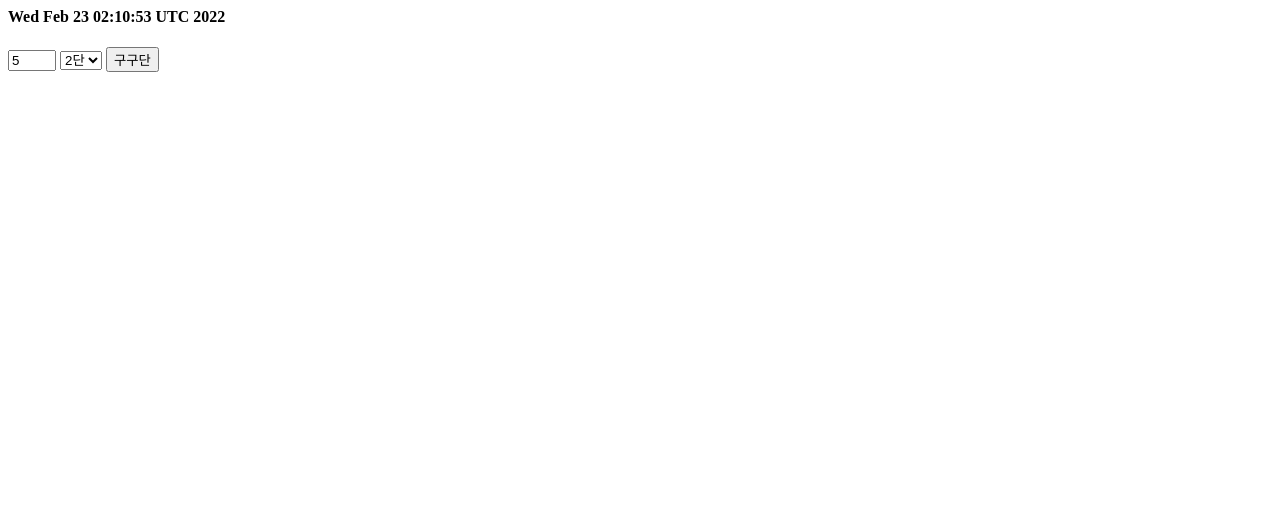
Repository: JavaJin96/kr.or.ddit.WebApp
Page: http://localhost/webStudy01/model2/gugudan.do
These files come from the project's save history. The page is drawn as it stood at one moment and after the next save; the edit follows.
The browser window is 1280 px wide. The pictures show the whole page.
Empty fields were first filled with sample values (such as "Sample", 5 or name@example.com).
After loading, the first visible `#gugudanForm` was submitted once.
The page is served by Tomcat 9. Other server files are loaded and not shown.

Above is the page before, as saved 2022-02-28 03:39:20.
Console error: ReferenceError: resp is not defined

### 6.JspSpring/workspace/webStudy01/webapp/WEB-INF/views/gugudan.jsp
<%@ page contentType="text/html; charset=utf-8"%>
<html>
<style type="text/css">
      table{
         background-color: yellow;
         border-collapse: collapse;
      }
      tr{
      	height : 50px;
      }
      td{
      	width : 100px;
      }
   </style>
<script type="text/javascript" src="<%=request.getContextPath()%>/resources/js/jquery-3.6.0.min.js"></script>
<body>
	<h4><%=request.getAttribute("now")%></h4>
	<form method="post" id="gugudanForm">
		<input type="number" name="minDan" min="2" max="9">
		<select name="maxDan">
		<%
			for(int i = 2; i <= 9; i++){
		%>
			<option value="<%=i%>"><%=i%>단</option>
		<% 	} %>
		</select>
		<input type="submit" value="구구단">
	</form>
	<table border="1" id="gugudanTable">
	<%-- 	<%=request.getAttribute("gugudan")%> --%>
	</table>
<script>
	let gugudanTable = $("#gugudanTable");
	$("#gugudanForm").on("submit", function(event){
		 event.preventDefault();
		 let url = this.action;
	     let method = this.method;
	     let data = $(this).serialize();

	     $.ajax({
			url : url,
			data : data,
			method : method,
			success : function(res) {
				// DOM Tree 구조로 selecting
				// DOM Tree 구조로 찾는건 많아지면 안된다. (속도가 느려짐)
				gugudanTable.html(resp);
			},
			error : function(jqXHR, textStatus, errorThrown) {
				console.log(jqXHR);
				console.log(textStatus);
				console.log(errorThrown);
			},
			dataType : "html" //Accept : text/html -> ContentType : text/html
		})

	})

</script>
</body>
</html>

### 6.JspSpring/workspace/webStudy01/src/kr/or/ddit/servlet03/Model2GugudanServlet.java
package kr.or.ddit.servlet03;

import java.io.IOException;
import java.io.PrintWriter;
import java.util.Calendar;

import javax.servlet.ServletException;
import javax.servlet.annotation.WebServlet;
import javax.servlet.http.HttpServlet;
import javax.servlet.http.HttpServletRequest;
import javax.servlet.http.HttpServletResponse;


@WebServlet("/model2/gugudan.do")
public class Model2GugudanServlet extends HttpServlet{

	@Override
	protected void doGet(HttpServletRequest req, HttpServletResponse resp) throws ServletException, IOException {
		Calendar now = Calendar.getInstance();

		resp.setContentType("text/html; charset=utf-8");
		StringBuffer html = new StringBuffer();

		for(int i = 2; i <= 9; i ++) {
			html.append(String.format("<tr><td> %d단 </td>", i));
			for(int j = 1; j <= 9; j ++) {
				html.append(String.format("<td> %d %s %d %s %d </td> ",
						i,"X",j,"=",i*j));
			}
			html.append("</tr>\n");
		}


		req.setAttribute("now", String.format("%tc", now));
		req.setAttribute("gugudan", html);
		String goPage = "/WEB-INF/views/gugudan.jsp";
		req.getRequestDispatcher(goPage).forward(req, resp);
	}


	@Override
	protected void doPost(HttpServletRequest req, HttpServletResponse resp) throws ServletException, IOException {
		resp.setContentType("text/html; charset=utf-8");
		StringBuffer html = new StringBuffer();

		for(int i = 2; i <= 9; i ++) {
			html.append(String.format("<tr><td> %d단 </td>", i));
			for(int j = 1; j <= 9; j ++) {
				html.append(String.format("<td> %d %s %d %s %d </td> ",
						i,"X",j,"=",i*j));
			}
			html.append("</tr>\n");
		}

		try (
			PrintWriter out = resp.getWriter();
				)
		{
			out.print(html);
		}
	}


}

Loaded but not shown: 6.JspSpring/workspace/webStudy01/webapp/resources/js/jquery-3.6.0.min.js (library)

After the next save:
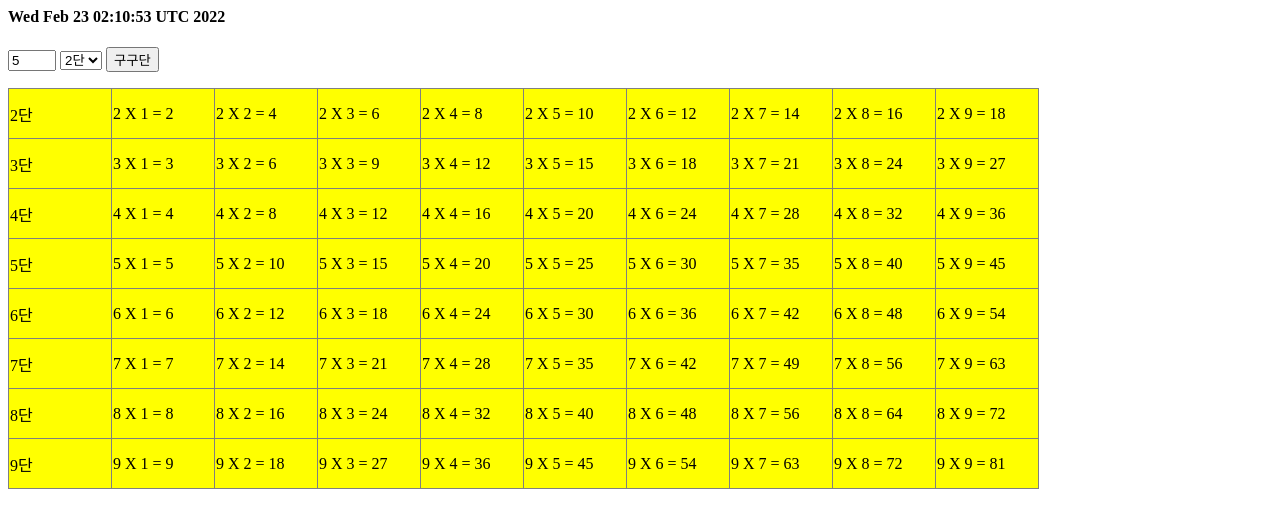
The error is gone.
Saved 34 s later.
--- a/6.JspSpring/workspace/webStudy01/webapp/WEB-INF/views/gugudan.jsp
+++ b/6.JspSpring/workspace/webStudy01/webapp/WEB-INF/views/gugudan.jsp
@@ -44,7 +44,7 @@
 			success : function(res) {
 				// DOM Tree 구조로 selecting
 				// DOM Tree 구조로 찾는건 많아지면 안된다. (속도가 느려짐)
-				gugudanTable.html(resp);
+				gugudanTable.html(res);
 			},
 			error : function(jqXHR, textStatus, errorThrown) {
 				console.log(jqXHR);
